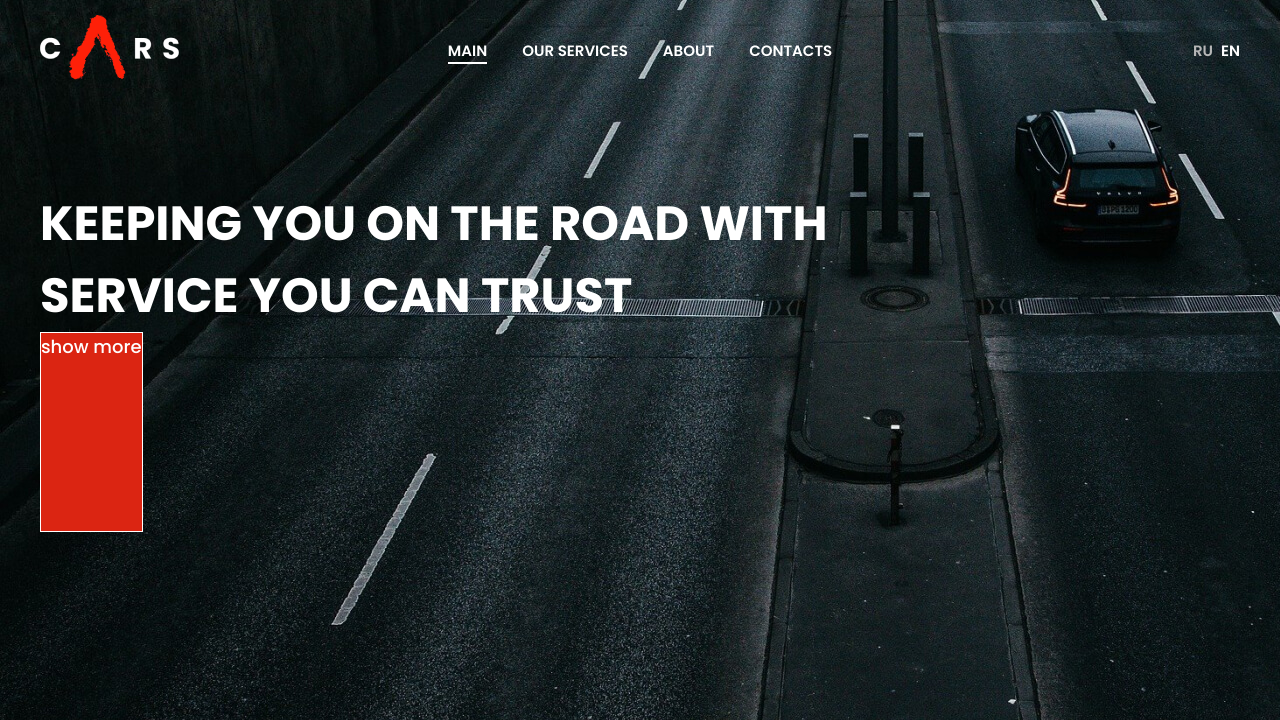
Repository: Earn1ll/car_repair
Page: index.html
An editor plug-in stored every save of this project. The page is shown before and after the next save, followed by the edit.
The browser window is 1280 px wide. The pictures show the whole page.

Above is the page before, as saved 2022-09-18 15:11:27.

After the next save:
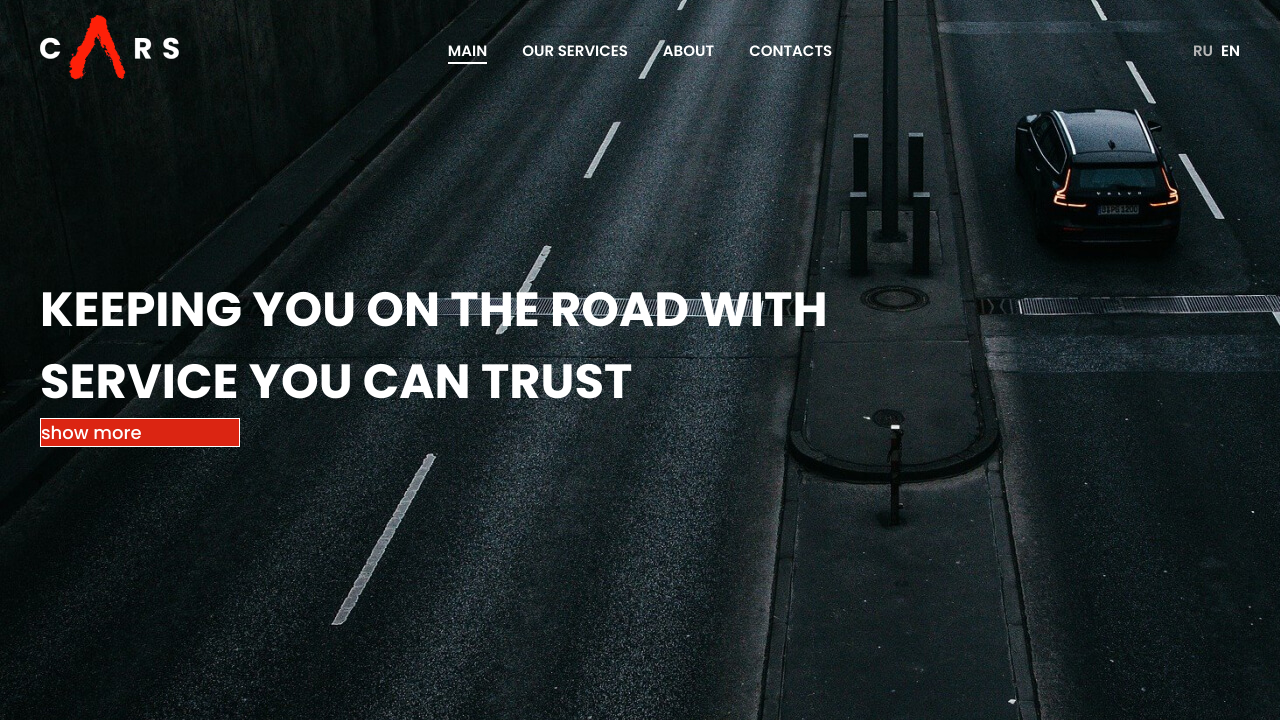
Saved 35 s later.
--- a/css/style.css
+++ b/css/style.css
@@ -25,7 +25,7 @@
     font-weight: 500;
     background-color: #DB2512;
     border: 1px solid;
-    min-height: 200px;
+    min-width: 200px;
 }
 
 
